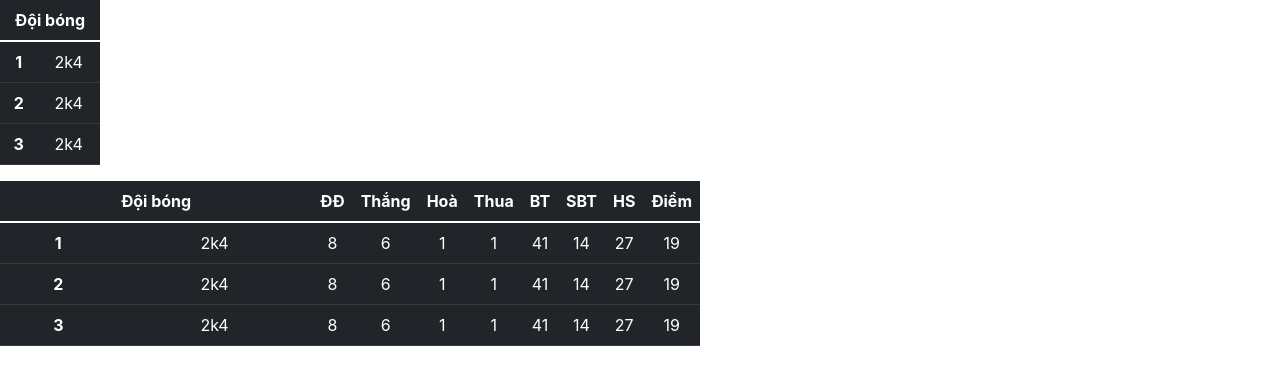
Repository: tuan842001/thulam
Page: /
An editor plug-in stored every save of this project. The page is shown before and after the next save, followed by the edit.
The browser window is 1280 px wide. The pictures show the whole page.
The project was rebuilt for these pictures with package versions that can differ from the ones it lists, and the page was loaded fresh each time.

Above is the page before, as saved 2022-01-11 15:11:29.

### public/index.html
<!DOCTYPE html>
<html lang="en">
  <head>
    <meta charset="utf-8" />
    <link rel="icon" href="%PUBLIC_URL%/favicon.ico" />
    <meta name="viewport" content="width=device-width, initial-scale=1" />
    <meta name="theme-color" content="#000000" />
    <meta
      name="description"
      content="Web site created using create-react-app"
    />

    <link href="https://cdn.jsdelivr.net/npm/bootstrap@5.1.3/dist/css/bootstrap.min.css" rel="stylesheet" integrity="sha384-1BmE4kWBq78iYhFldvKuhfTAU6auU8tT94WrHftjDbrCEXSU1oBoqyl2QvZ6jIW3" crossorigin="anonymous">
<script src="https://cdn.jsdelivr.net/npm/bootstrap@5.1.3/dist/js/bootstrap.bundle.min.js" integrity="sha384-ka7Sk0Gln4gmtz2MlQnikT1wXgYsOg+OMhuP+IlRH9sENBO0LRn5q+8nbTov4+1p" crossorigin="anonymous"></script>
    <title>React App</title>
  </head>
  <body>
    <noscript>You need to enable JavaScript to run this app.</noscript>
    <div id="root"></div>

  </body>
</html>

### src/App.js
import "./App.css";

function App() {
  return (
    <div className="App">
      <table
        className="table table-dark table-hover"
        style={{ width: "100px" }}
      >
        <thead>
          <tr>
            <th scope="col" colspan="2">
              Đội bóng
            </th>
          </tr>
        </thead>
        <tbody>
          <tr>
            <th scope="row">1</th>
            <td>2k4</td>
          </tr>
          <tr>
            <th scope="row">2</th>
            <td>2k4</td>
          </tr>
          <tr>
            <th scope="row">3</th>
            <td>2k4</td>
          </tr>
        </tbody>
      </table>
      <table
        className="table table-dark table-hover"
        style={{ width: "700px" }}
      >
        <thead>
          <tr>
            <th scope="col" colspan="2">
              Đội bóng
            </th>
            <th scope="col" className="hihi">
              ĐĐ
            </th>
            <th scope="col" className="hihi">
              Thắng
            </th>
            <th scope="col" className="hihi">
              Hoà
            </th>
            <th scope="col" className="hihi">
              Thua
            </th>
            <th scope="col" className="hihi">
              BT
            </th>
            <th scope="col" className="hihi">
              SBT
            </th>
            <th scope="col" className="hihi">
              HS
            </th>
            <th scope="col" className="hihi">
              Điểm
            </th>
          </tr>
        </thead>
        <tbody>
          <tr>
            <th scope="row">1</th>
            <td>2k4</td>
            <td>8</td>
            <td>6</td>
            <td>1</td>
            <td>1</td>
            <td>41</td>
            <td>14</td>
            <td>27</td>
            <td>19</td>
          </tr>
          <tr>
            <th scope="row">2</th>
            <td>2k4</td>
            <td>8</td>
            <td>6</td>
            <td>1</td>
            <td>1</td>
            <td>41</td>
            <td>14</td>
            <td>27</td>
            <td>19</td>
          </tr>
          <tr>
            <th scope="row">3</th>
            <td>2k4</td>
            <td>8</td>
            <td>6</td>
            <td>1</td>
            <td>1</td>
            <td>41</td>
            <td>14</td>
            <td>27</td>
            <td>19</td>
          </tr>
        </tbody>
      </table>
    </div>
  );
}

export default App;

### src/App.css
.App {
  text-align: center;
}

.App-logo {
  height: 40vmin;
  pointer-events: none;
}

@media (prefers-reduced-motion: no-preference) {
  .App-logo {
    animation: App-logo-spin infinite 20s linear;
  }
}

.App-header {
  background-color: #282c34;
  min-height: 100vh;
  display: flex;
  flex-direction: column;
  align-items: center;
  justify-content: center;
  font-size: calc(10px + 2vmin);
  color: white;
}

.App-link {
  color: #61dafb;
}

@keyframes App-logo-spin {
  from {
    transform: rotate(0deg);
  }

  to {
    transform: rotate(360deg);
  }
}

.hihi {
  width: 5%;
}

Loaded but not shown: src/index.js (common file); src/index.css (common file)

After the next save:
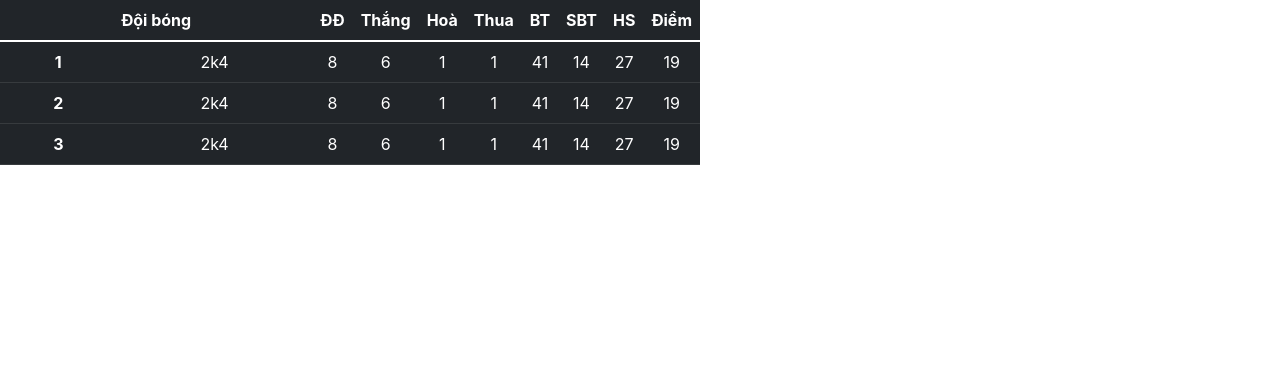
Saved 31 s later.
--- a/src/App.js
+++ b/src/App.js
@@ -3,32 +3,6 @@ import "./App.css";
 function App() {
   return (
     <div className="App">
-      <table
-        className="table table-dark table-hover"
-        style={{ width: "100px" }}
-      >
-        <thead>
-          <tr>
-            <th scope="col" colspan="2">
-              Đội bóng
-            </th>
-          </tr>
-        </thead>
-        <tbody>
-          <tr>
-            <th scope="row">1</th>
-            <td>2k4</td>
-          </tr>
-          <tr>
-            <th scope="row">2</th>
-            <td>2k4</td>
-          </tr>
-          <tr>
-            <th scope="row">3</th>
-            <td>2k4</td>
-          </tr>
-        </tbody>
-      </table>
       <table
         className="table table-dark table-hover"
         style={{ width: "700px" }}
